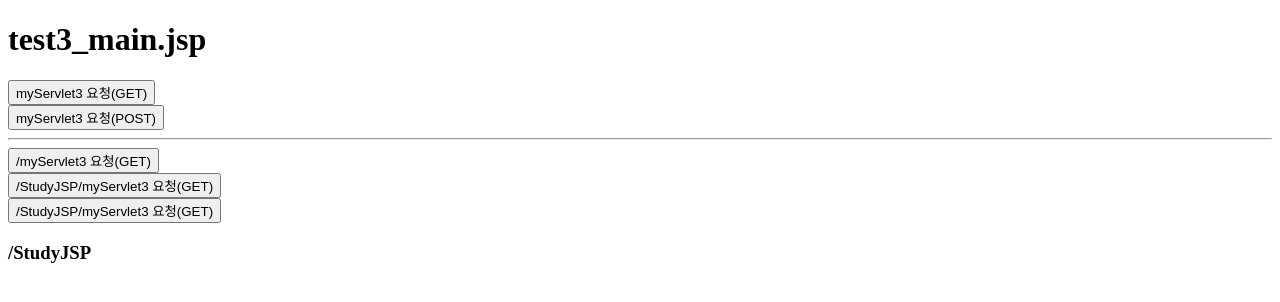
Repository: junesse-afk/ITJSP
Page: http://localhost/StudyJSP/jsp09_servlet/test3_main.jsp
An editor plug-in stored every save of this project. The page is shown before and after the next save, followed by the edit.
The browser window is 1280 px wide. The pictures show the whole page.
The page is served by Tomcat 10. Other server files are loaded and not shown.

Above is the page before, as saved 2024-11-26 07:25:09.

### workspace_jsp/StudyJSP/src/main/webapp/jsp09_servlet/test3_main.jsp
<%@ page language="java" contentType="text/html; charset=UTF-8"
    pageEncoding="UTF-8"%>
<!DOCTYPE html>
<html>
<head>
<meta charset="UTF-8">
<title>Insert title here</title>
</head>
<body>

	<h1>test3_main.jsp</h1>
	<form action="myServlet3" method="get">
		<input type="hidden" name="id" value="admin">
		<input type="hidden" name="name" value="홍길동">
		<input type="submit" value="myServlet3 요청(GET)">
	</form>
	<form action="myServlet3" method="post">
		<input type="hidden" name="id" value="admin">
		<input type="hidden" name="name" value="홍길동">
		<input type="submit" value="myServlet3 요청(POST)">
	</form>
	<hr>

	<%-- 요청 주소 앞에 /가 붙을 경우 루트(/)를 의미하게 되므로 --%>
	<%-- 현재 요청 주소의 최상위 경로에서 myServlet3 서블릿을 요청하게 된다! --%>
	<form action="/myServlet3" method="get">
		<input type="submit" value="/myServlet3 요청(GET)">
	</form>

	<%-- 요청 주소에 / 사용 시 프로젝트명(폴더명) 까지 명시해야한다! --%>
	<form action="/StudyJSP/myServlet3" method="get">
		<input type="submit" value="/StudyJSP/myServlet3 요청(GET)">
	</form>

	<%-- 현재 프로젝트명(컨텍스트 루트)까지 직접 기술하지 않도 EL을 통해 표현하는 방법 --%>
	<form action="${pageContext.request.contextPath}/myServlet3" method="get">
		<input type="submit" value="/StudyJSP/myServlet3 요청(GET)">
	</form>

	<h3>${pageContext.request.contextPath}</h3>



</body>
</html>

After the next save:
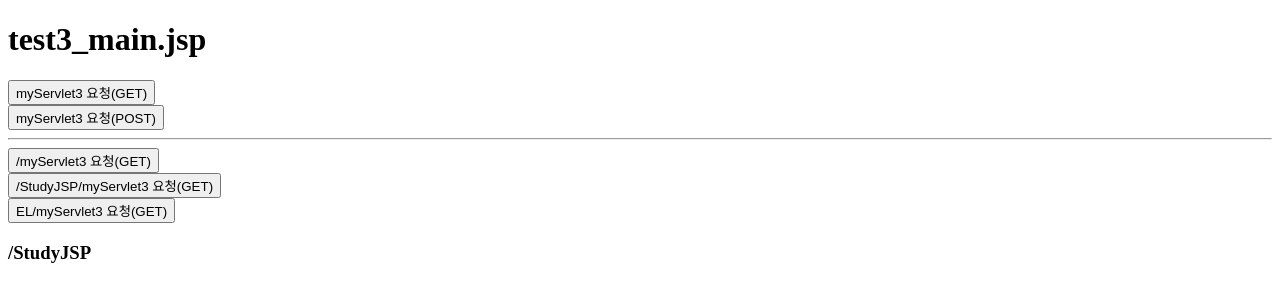
Saved 13 s later.
--- a/workspace_jsp/StudyJSP/src/main/webapp/jsp09_servlet/test3_main.jsp
+++ b/workspace_jsp/StudyJSP/src/main/webapp/jsp09_servlet/test3_main.jsp
@@ -34,7 +34,7 @@
 
 	<%-- 현재 프로젝트명(컨텍스트 루트)까지 직접 기술하지 않도 EL을 통해 표현하는 방법 --%>
 	<form action="${pageContext.request.contextPath}/myServlet3" method="get">
-		<input type="submit" value="/StudyJSP/myServlet3 요청(GET)">
+		<input type="submit" value="EL/myServlet3 요청(GET)">
 	</form>
 
 	<h3>${pageContext.request.contextPath}</h3>
